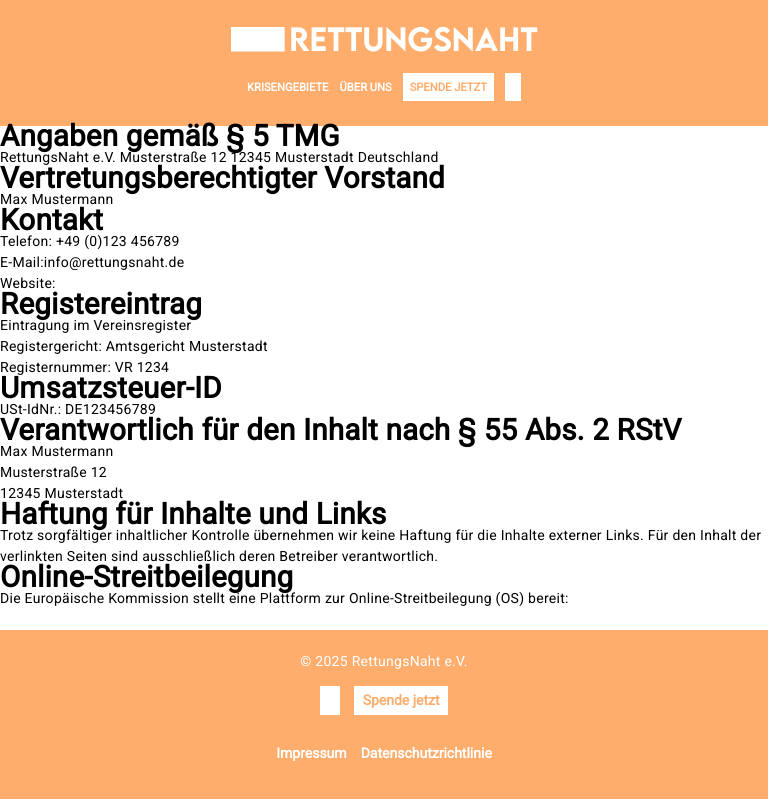
Repository: chriZVee/rettungsnaht
Page: /imprint
An editor plug-in stored every save of this project. The page is shown before and after the next save, followed by the edit.
The browser window is 768 px wide. The pictures show the whole page.
The project was rebuilt for these pictures with package versions that can differ from the ones it lists, and the page was loaded fresh each time. Also part of the build but not shown: vite.config.js, src/index.css, src/styles/hero.css, src/components/Hero.jsx, src/styles/form.css, src/components/form/AreaSelection.jsx, src/components/form/ContactData.jsx, src/components/form/DonationMethod.jsx and 15 more.

Above is the page before, as saved 2025-04-14 12:16:05.

After the next save:
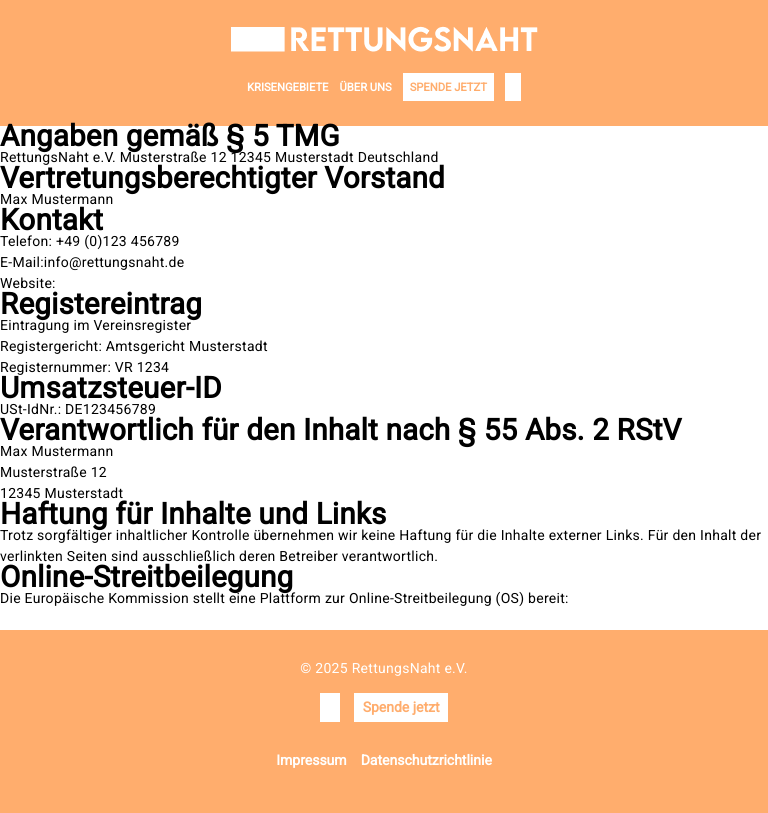
Saved 69 s later.
--- a/src/styles/footer.css
+++ b/src/styles/footer.css
@@ -61,6 +61,5 @@ section.footer {
     justify-content: center;
     max-height: none;
     gap: 0;
-    padding: 1.5em 0;
   }
 }
